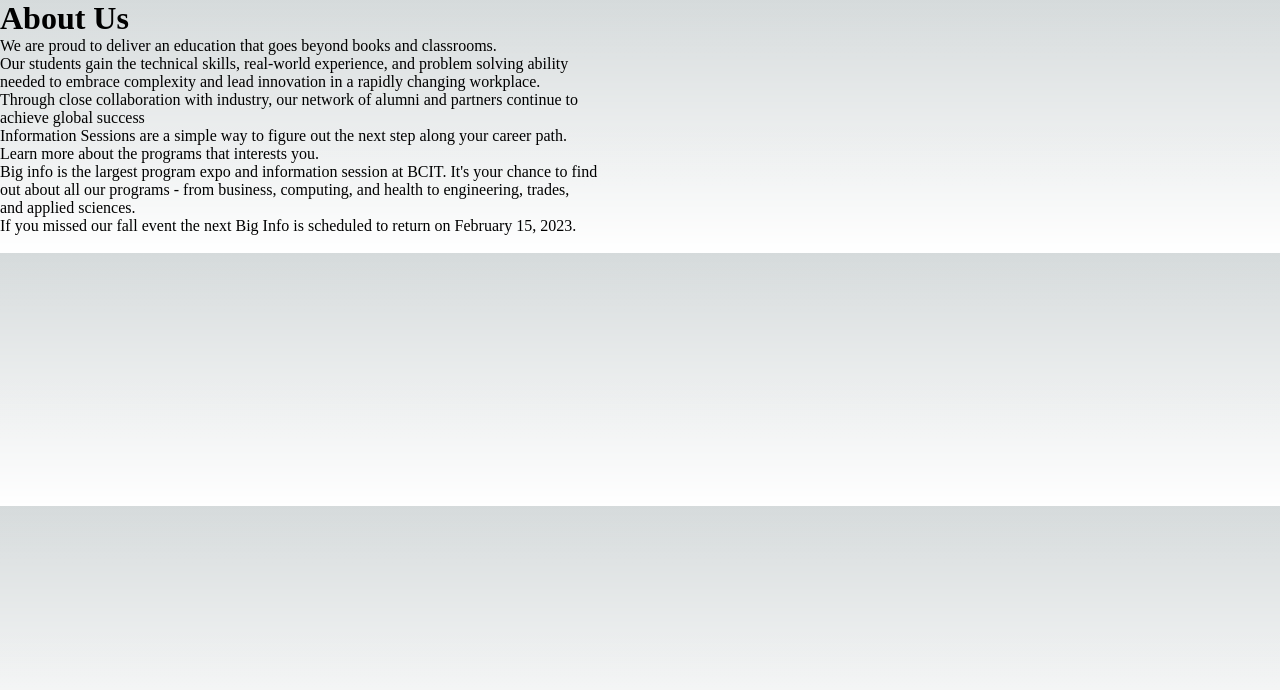
Repository: jennydmcm/assignment-1-playwright-site-A01338943
Page: /about
The author's editor kept a copy of each file at every save. The page is drawn from the files as they stood at one save, then again after the next save.
The browser window is 1280 px wide. The pictures show the whole page.
The project was rebuilt for these pictures with package versions that can differ from the ones it lists, and the page was loaded fresh each time. The framework's server and built-in components were replaced by stand-ins that run in the browser. Also part of the build but not shown: next.config.js, styles/About.module.css.

Above is the page before, as saved 2023-02-03 16:19:21.

### pages/_app.js
import '../styles/globals.css'
import '../styles/variables.css'

function MyApp({ Component, pageProps }) {
  return <Component {...pageProps} />
}

export default MyApp

### pages/about.js
import Head from 'next/head'
import Image from 'next/image'
import { Inter } from '@next/font/google'
import styles from '@/styles/About.module.css'

const inter = Inter({ subsets: ['latin'] })

export default function Home() {
  return (
    <>
      <Head>
        <title>{"About Us"}</title>
        <meta name="author" content={"MDIA 2109"} />
        <meta name="og:title" content={"Assignment #1 - About Us Page"}/>
        <meta name="og:description" content={"BCIT Digital Design and Development Diploma"} />
        <link rel="icon" href="/favicon.png" />
      </Head>
      <main className={styles.main}>
        <header>
          <div>
            <h1>About Us</h1>
            <h1></h1>
          </div>
          <div>
            <p>We are proud to deliver an education that goes beyond books and classrooms.</p>
            <p>Our students gain the technical skills, real-world experience, and problem solving ability <br></br>
            needed to embrace complexity and lead innovation in a rapidly changing workplace.</p>
            <p>Through close collaboration with industry, our network of alumni and partners continue to <br></br>
            achieve global success</p>
            <p>Information Sessions are a simple way to figure out the next step along your career path. <br></br>
            Learn more about the programs that interests you.</p>
            <p>Big info is the largest program expo and information session at BCIT. It's your chance to find<br></br>
            out about all our programs - from business, computing, and health to engineering, trades,<br></br>
            and applied sciences.</p>
            <p>If you missed our fall event the next Big Info is scheduled to return on February 15, 2023.</p>
            <p></p>
          </div>
          <div>
            <h2></h2>
            <h2></h2>
          </div>
          <div>
            <h3></h3>
          </div>
    </header>
      </main>

      <a>
        <span>
          <img></img>
          <img></img>
        </span>
      </a>


    </>
  )
}

### styles/variables.css
:root{
    --primary-color: #fff;
    --secondary-color: #f4d6b9;
    --ternary-color: #14343d;
    --quaternary-color: #14343d;
    --quinary-color: rgba(16,46,53,0.5);

}

Loaded but not shown: pages/_document.js (common file); styles/globals.css (common file)

After the next save:
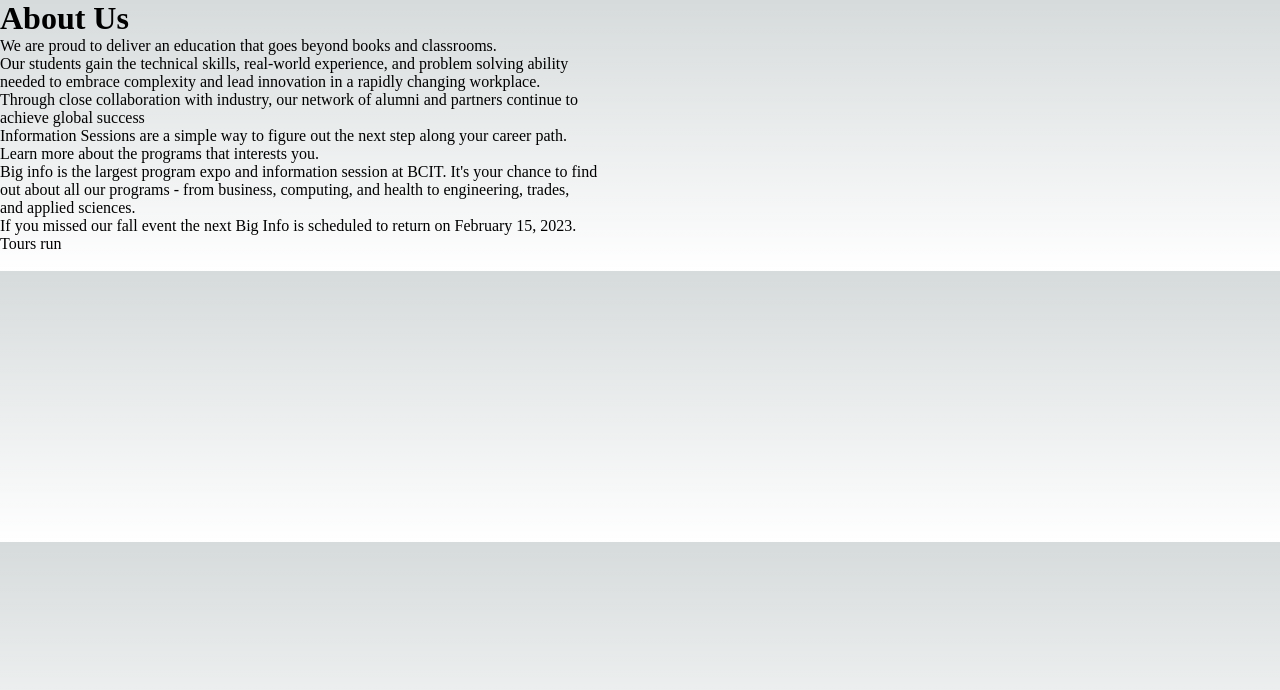
Saved 4 s later.
--- a/pages/about.js
+++ b/pages/about.js
@@ -33,7 +33,7 @@ export default function Home() {
             out about all our programs - from business, computing, and health to engineering, trades,<br></br>
             and applied sciences.</p>
             <p>If you missed our fall event the next Big Info is scheduled to return on February 15, 2023.</p>
-            <p></p>
+            <p>Tours run </p>
           </div>
           <div>
             <h2></h2>
